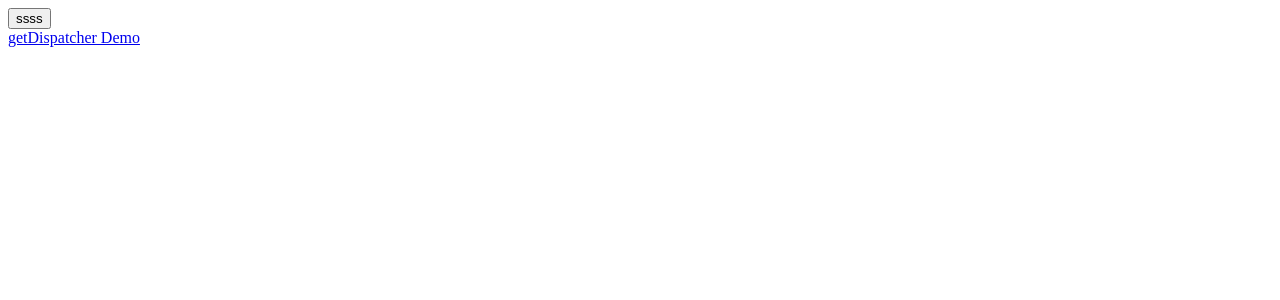
Repository: sreedhark-paycorp/servletcrudoperation
Page: servlet-trails/src/main/webapp/index.html
An editor plug-in stored every save of this project. The page is shown before and after the next save, followed by the edit.
The browser window is 1280 px wide. The pictures show the whole page.

Above is the page before, as saved 2024-03-23 12:23:02.

After the next save:
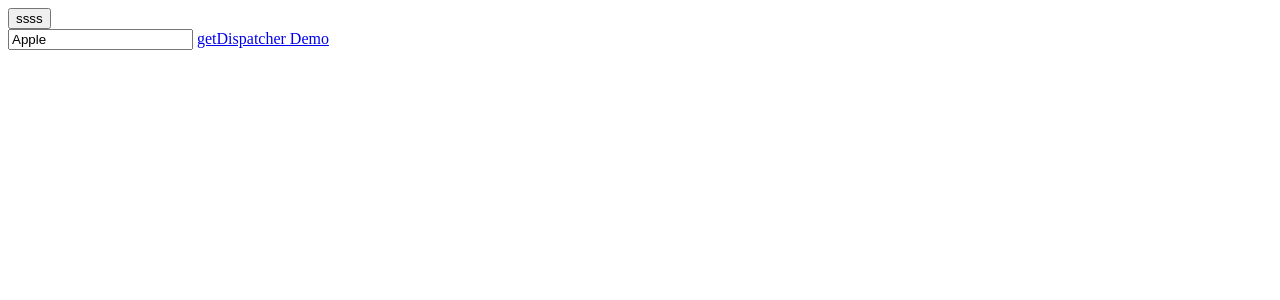
Saved 2 min 3 s later.
--- a/servlet-trails/src/main/webapp/index.html
+++ b/servlet-trails/src/main/webapp/index.html
@@ -8,6 +8,7 @@
 <form action="first">
 <button>ssss</button>
 </form>
+<input name="param" value="Apple">
 <a href="first">getDispatcher Demo</a>
 </body>
 </html>
